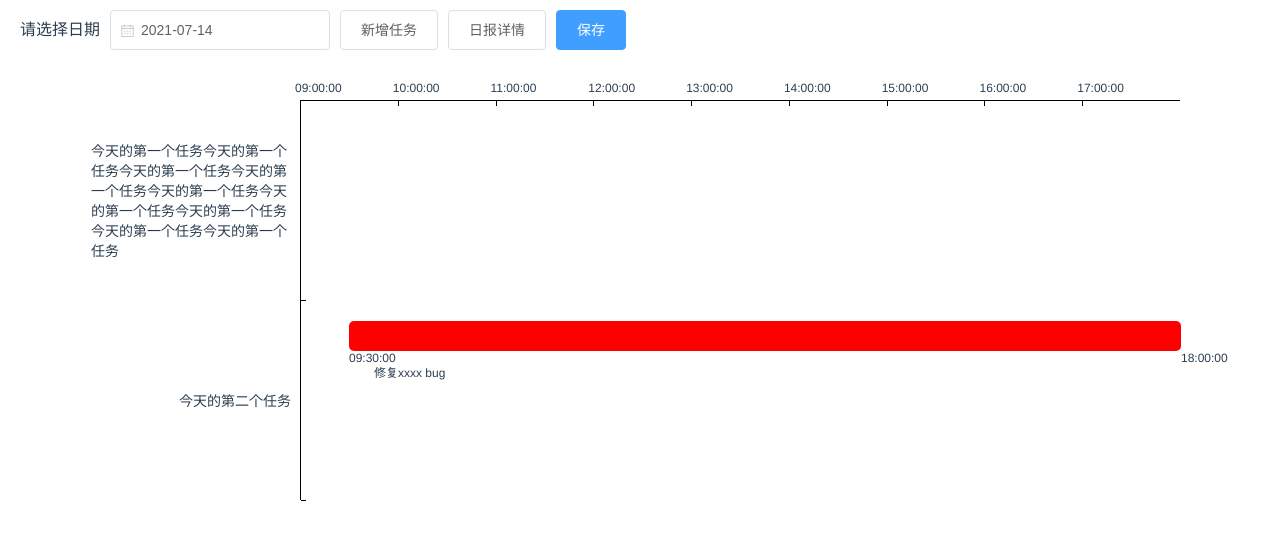
Repository: SeaHeart001/daily-report
Page: /
These files come from the project's save history. The page is drawn as it stood at one moment and after the next save; the edit follows.
The browser window is 1280 px wide. The pictures show the whole page.
The project was rebuilt for these pictures with package versions that can differ from the ones it lists, and the page was loaded fresh each time. Also part of the build but not shown: vue.config.js.

Above is the page before, as saved 2021-07-21 09:29:26.

After the next save:
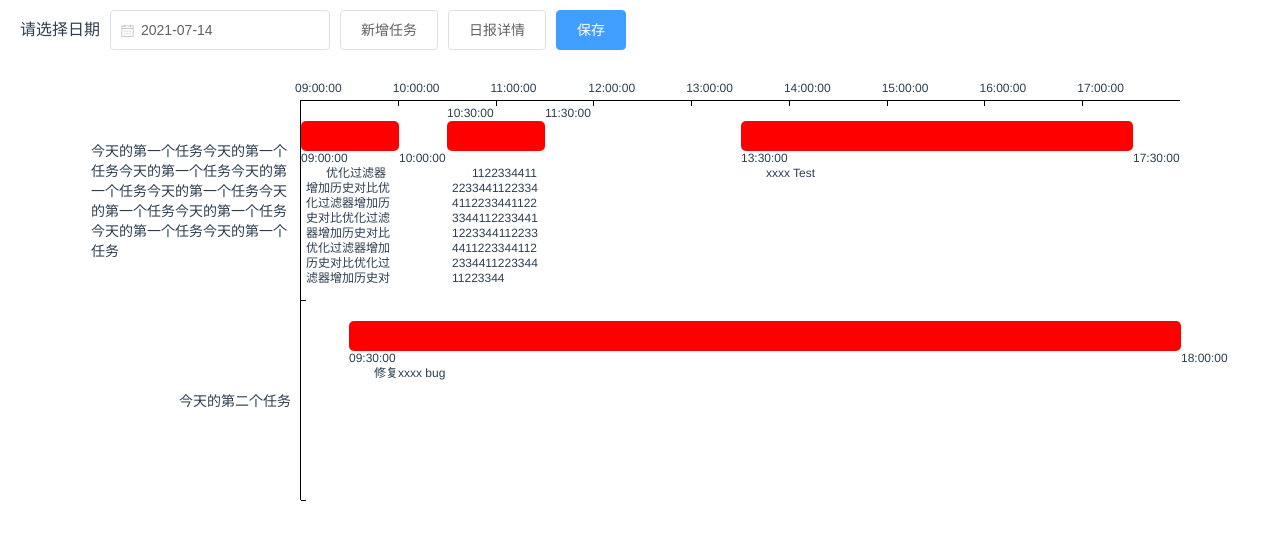
Saved 7 min 2 s later.
--- a/src/components/Axis/components/Axis.vue
+++ b/src/components/Axis/components/Axis.vue
@@ -198,7 +198,25 @@ export default {
           product:
             "今天的第一个任务今天的第一个任务今天的第一个任务今天的第一个任务今天的第一个任务今天的第一个任务今天的第一个任务今天的第一个任务今天的第一个任务",
           list: [
-
+            {
+              pre_package_time: this.daily + " 09:00:00",
+              pre_release_time: this.daily + " 10:00:00",
+              remark:
+                "优化过滤器增加历史对比优化过滤器增加历史对比优化过滤器增加历史对比优化过滤器增加历史对比优化过滤器增加历史对比",
+            },
+            {
+              pre_package_time: this.daily + " 10:30:00",
+              pre_release_time: this.daily + " 11:30:00",
+              id: 4,
+              remark:
+                "112233441122334411223344112233441122334411223344112233441122334411223344112233441122334411223344",
+            },
+            {
+              pre_package_time: this.daily + " 13:30:00",
+              pre_release_time: this.daily + " 17:30:00",
+              id: 5,
+              remark: "xxxx Test",
+            },
           ],
         },
         {
@@ -292,11 +310,13 @@ export default {
     },
 
     addTaskLimit(time) {
+      console.log(this.ableSelectTimeList);
       let arr = [];
       for (let i = 0; i < this.ableSelectTimeList.length; i++) {
         let st = new Date(this.ableSelectTimeList[i][0]).getTime();
         let et = new Date(this.ableSelectTimeList[i][1]).getTime();
         if (time >= st && time + this.exTime <= et) {
+          console.log(11111);
           this.addLineToIndex = i;
           arr[0] = time;
           arr[1] = time + this.exTime;
@@ -311,6 +331,7 @@ export default {
     },
 
     addLineToCurrentTask(data) {
+      console.log(this.addLineToIndex);
       this.currentTask.list.splice(this.addLineToIndex, 0, data);
     },
 
